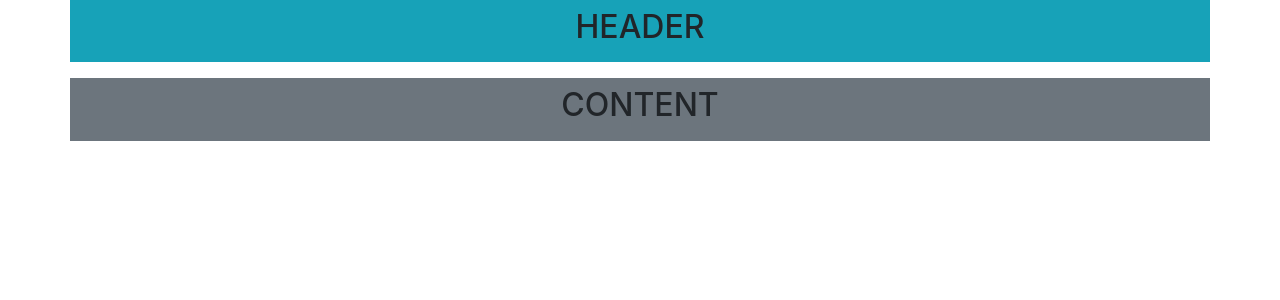
Repository: anhtu2110/front_end
Page: lesson/bootstrap/box/4.5-padding-margin.html
The author's editor kept a copy of each file at every save. The page is drawn from the files as they stood at one save, then again after the next save.
The browser window is 1280 px wide. The pictures show the whole page.

Above is the page before, as saved 2022-12-02 09:24:25.

After the next save:
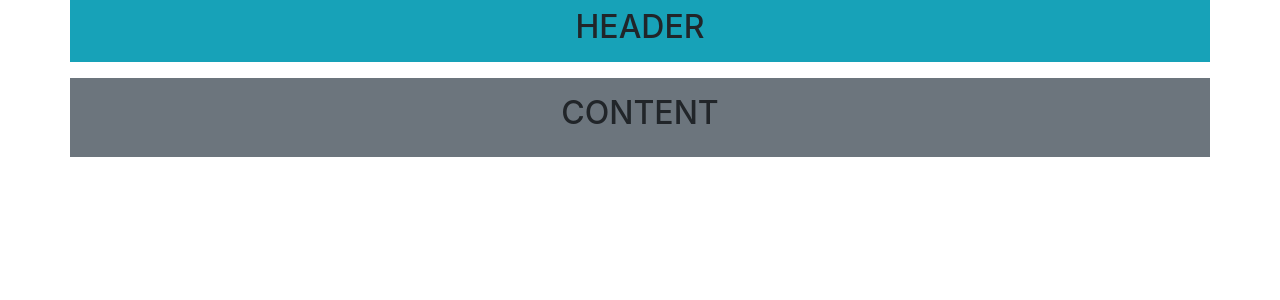
Saved 4 s later.
--- a/lesson/bootstrap/box/4.5-padding-margin.html
+++ b/lesson/bootstrap/box/4.5-padding-margin.html
@@ -22,7 +22,7 @@
       <div id="content">
         <div class="container">
           <div class="row">
-            <div class="col-md-12 bg-secondary py-2">
+            <div class="col-md-12 bg-secondary py-3">
               <h2 class="text-center">CONTENT</h2>
             </div>
           </div>
